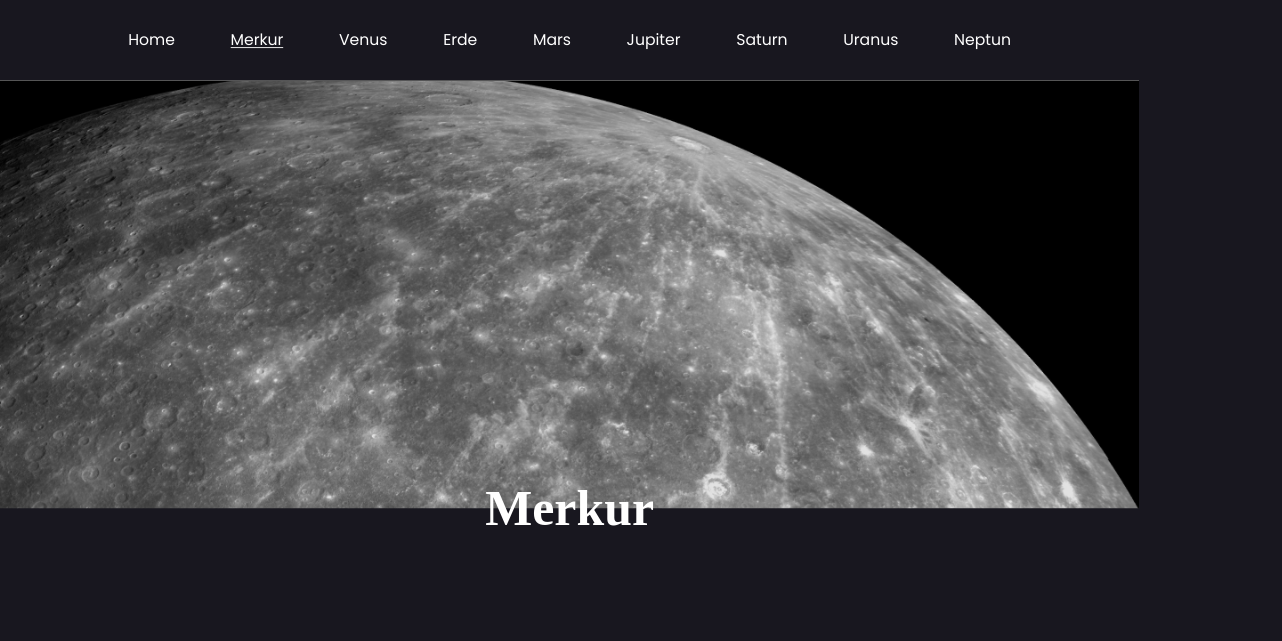
Repository: moreno-livak/solar
Page: dist/html/merkur.html
The author's editor kept a copy of each file at every save. The page is drawn from the files as they stood at one save, then again after the next save.
The browser window is 1280 px wide. The page is 1280 px wide, then 1440 px, then 1280 px, so the pictures cover 1440 px, including what lies to the right of the window. The pictures show the whole page, at 89% of full size.
The style sheet was rebuilt from its Sass, Less or Tailwind sources for each picture, by a compiler version that may differ from the author's.

Above is the page before, as saved 2022-05-07 12:46:58.
Console error: TypeError: Cannot read properties of null (reading 'getAttribute')

After the next save:
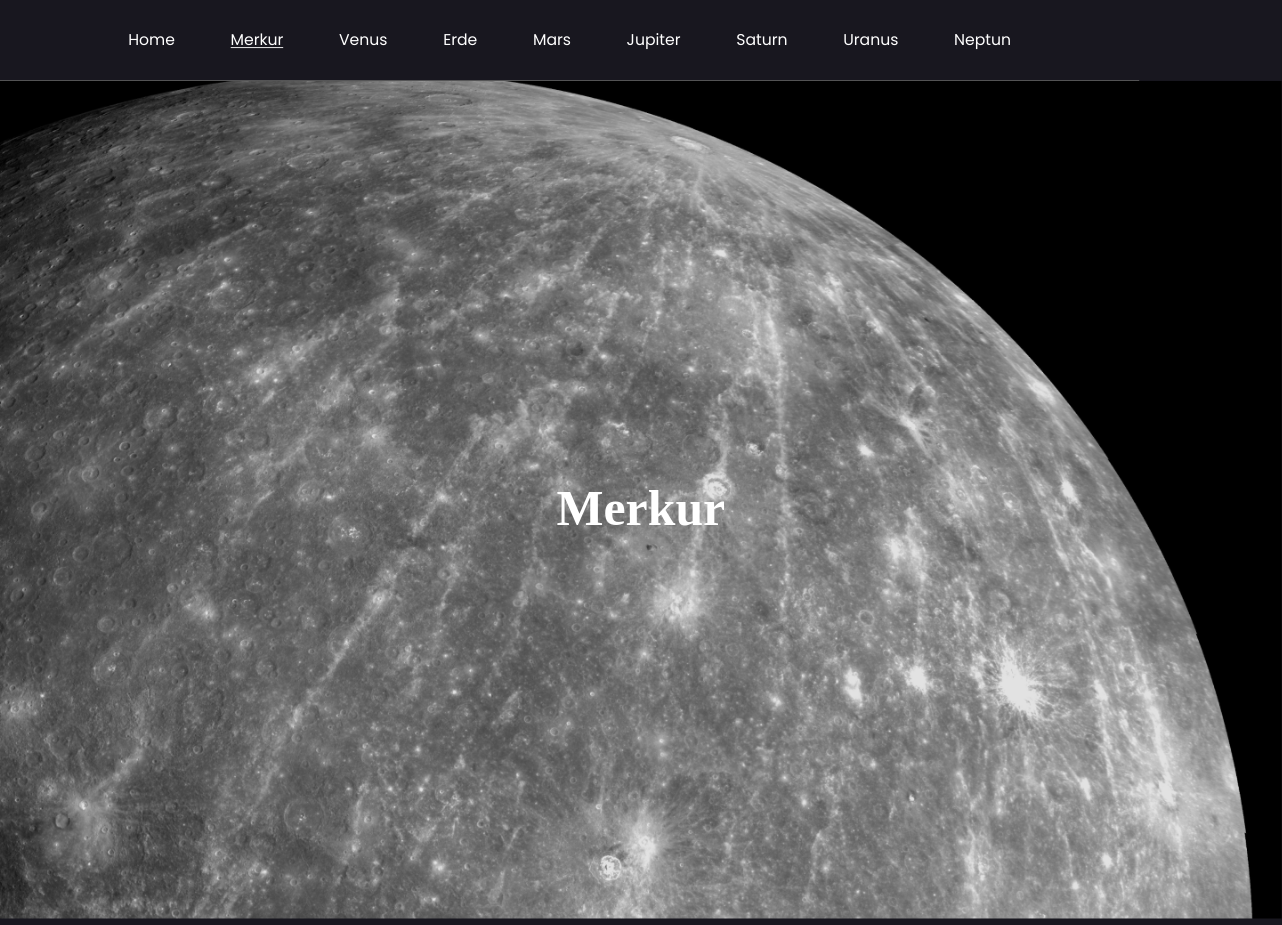
Saved 14 s later.
--- a/src/scss/home.scss
+++ b/src/scss/home.scss
@@ -507,7 +507,6 @@
     .image-header{
         height: 30rem;
         width: 100%;
-        overflow: hidden;
     }
     h1{
         font-size: $main-title;

After the save that followed:
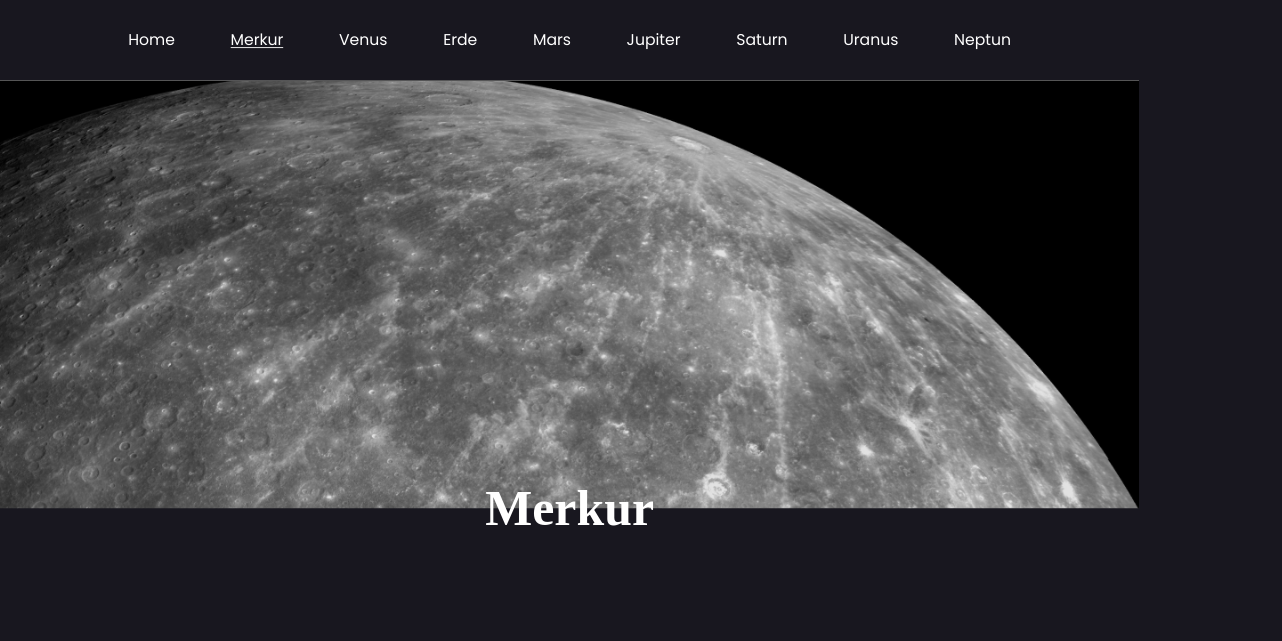
Saved 6 s later.
--- a/src/scss/home.scss
+++ b/src/scss/home.scss
@@ -507,6 +507,7 @@
     .image-header{
         height: 30rem;
         width: 100%;
+        overflow: hidden;
     }
     h1{
         font-size: $main-title;
